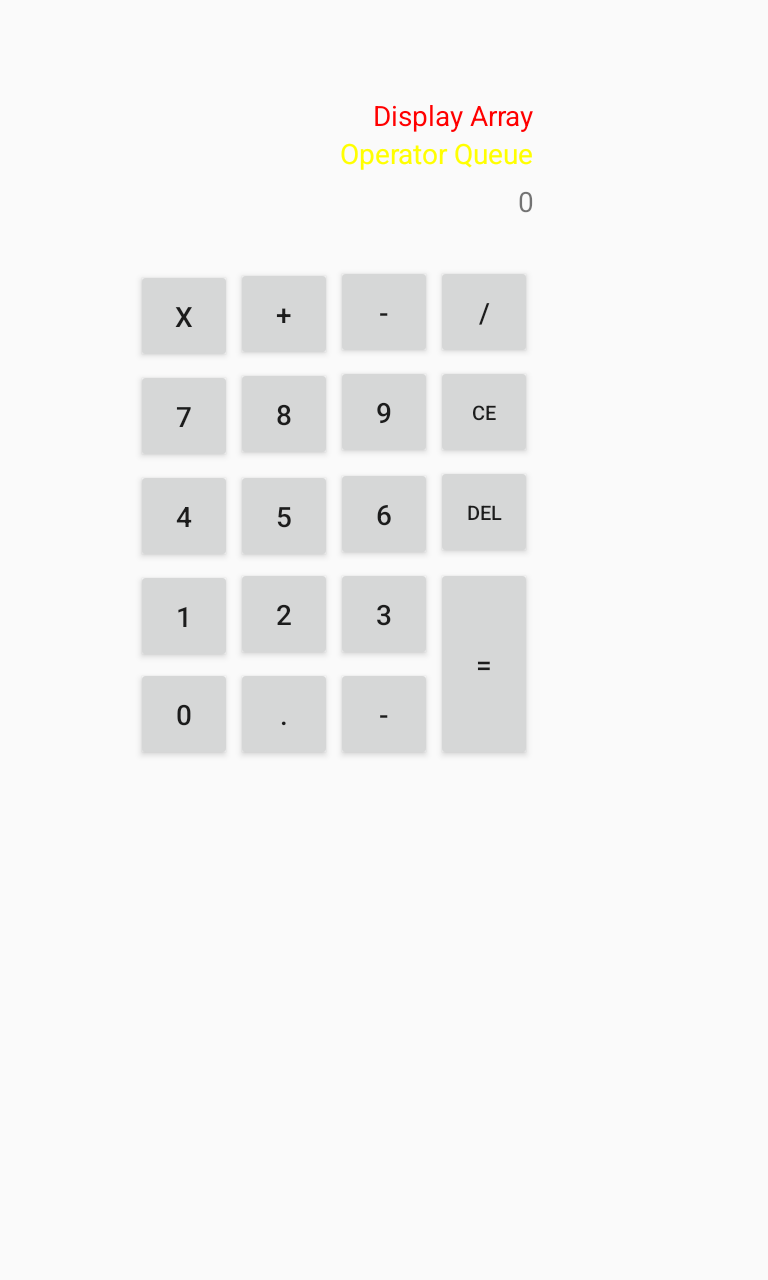
Repository: expensivecow/Calculator
Layout: Calculator_Implementation/res/layout/activity_main.xml
These files come from the project's save history. The layout is drawn as it stood at one moment and after the next save; the edit follows.
It is drawn on a 768 x 1280 px phone screen (xhdpi) without system bars, with theme AppTheme; the app's code is not run.

Above is the layout before, as saved 2014-10-08 19:03:33.

After the next save:
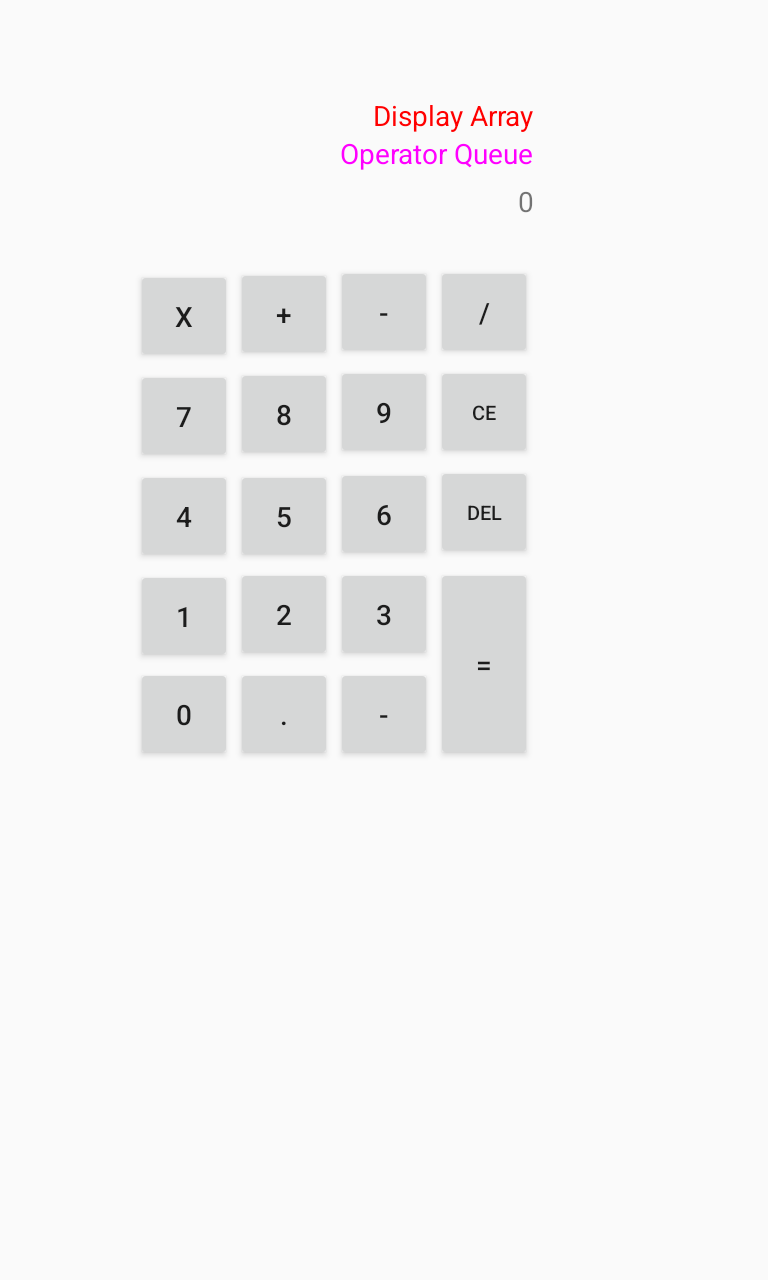
Saved 16 s later.
--- a/Calculator_Implementation/res/layout/activity_main.xml
+++ b/Calculator_Implementation/res/layout/activity_main.xml
@@ -196,7 +196,7 @@
         android:layout_height="wrap_content"
         android:layout_alignRight="@+id/DisplayResult"
         android:layout_below="@+id/DisplayArray"
-        android:textColor="#FFFF00"
+        android:textColor="#FF00FF"
         android:text="@string/Operators" />
 
 </RelativeLayout>
